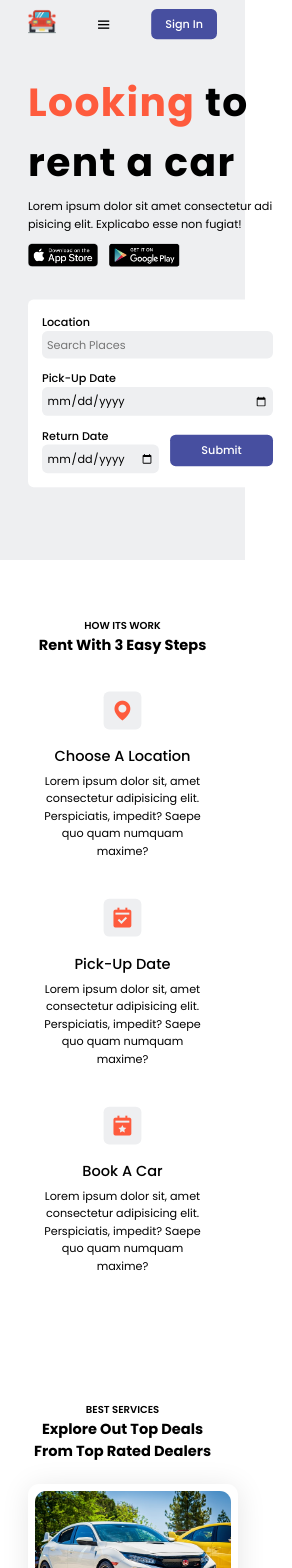
Repository: douglasabnovato/car-rental
Page: index.html
An editor plug-in stored every save of this project. The page is shown before and after a run of saves, followed by the edit.
The browser window is 350 px wide. The page is 417 px wide, so the pictures cover 417 px, including what lies to the right of the window. The pictures show the part of the page from y = 0 to 2240 px (the page is 6972 px tall before and 6547 px after), at 70% of full size.

Above is the page before, as saved 2025-05-16 22:04:44.

After the next 2 saves:
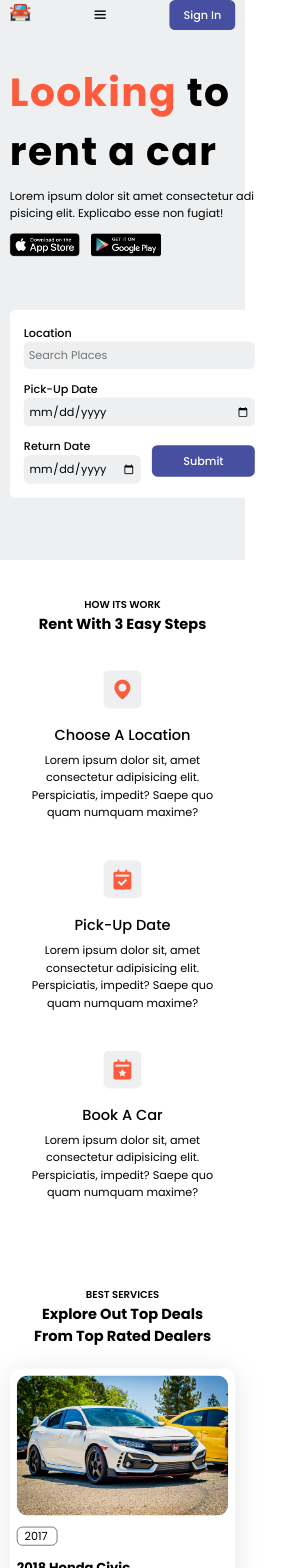
The 2 saves are shown as one change because they came seconds apart.
The last was saved 2 min 18 s later.
--- a/style.css
+++ b/style.css
@@ -544,3 +544,17 @@ header {
     width: 284px;
   }
 }
+
+@media screen and (max-width: 350px) {
+  header {
+    padding: 3px 14px;
+  }
+
+  .logo img {
+    width: 30px;
+  }
+
+  section {
+    padding: 50px 14px;
+  }
+}
